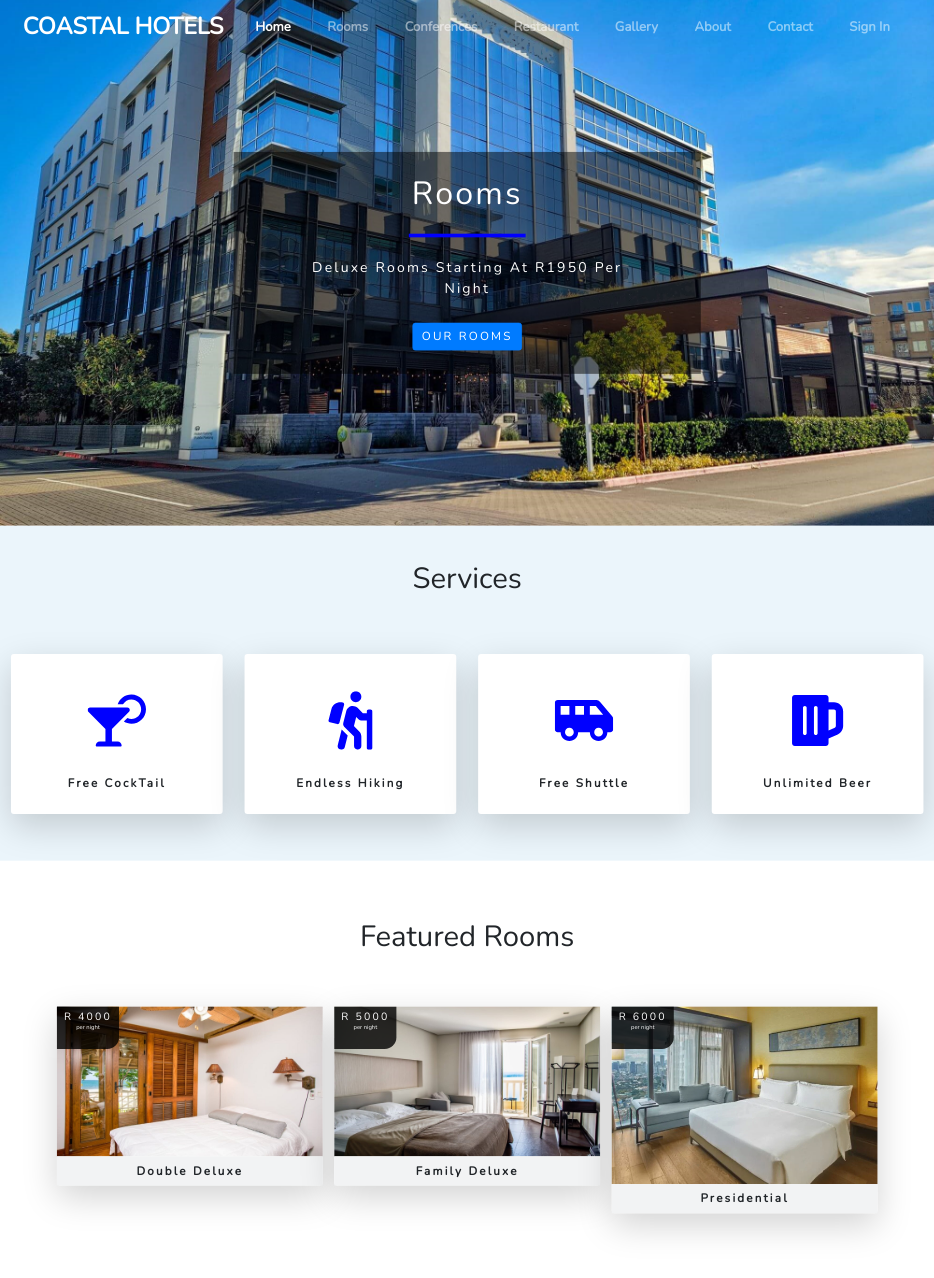
Repository: tebo27cMd/hotel
Page: /
An editor plug-in stored every save of this project. The page is shown before and after the next save, followed by the edit.
The browser window is 1280 px wide. The pictures show the whole page, at 73% of full size.
The project was rebuilt for these pictures with package versions that can differ from the ones it lists, and the page was loaded fresh each time. Also part of the build but not shown: src/components/RoomsFilter.jsx, src/components/RoomsList.jsx, src/components/RoomsContainer.jsx, src/pages/Rooms.jsx, src/components/StyledHero.jsx, src/firebase.js, src/pages/SingleRoom.jsx, src/pages/Error.jsx and 4 more.

Above is the page before, as saved 2022-11-16 12:12:14.

After the next save:
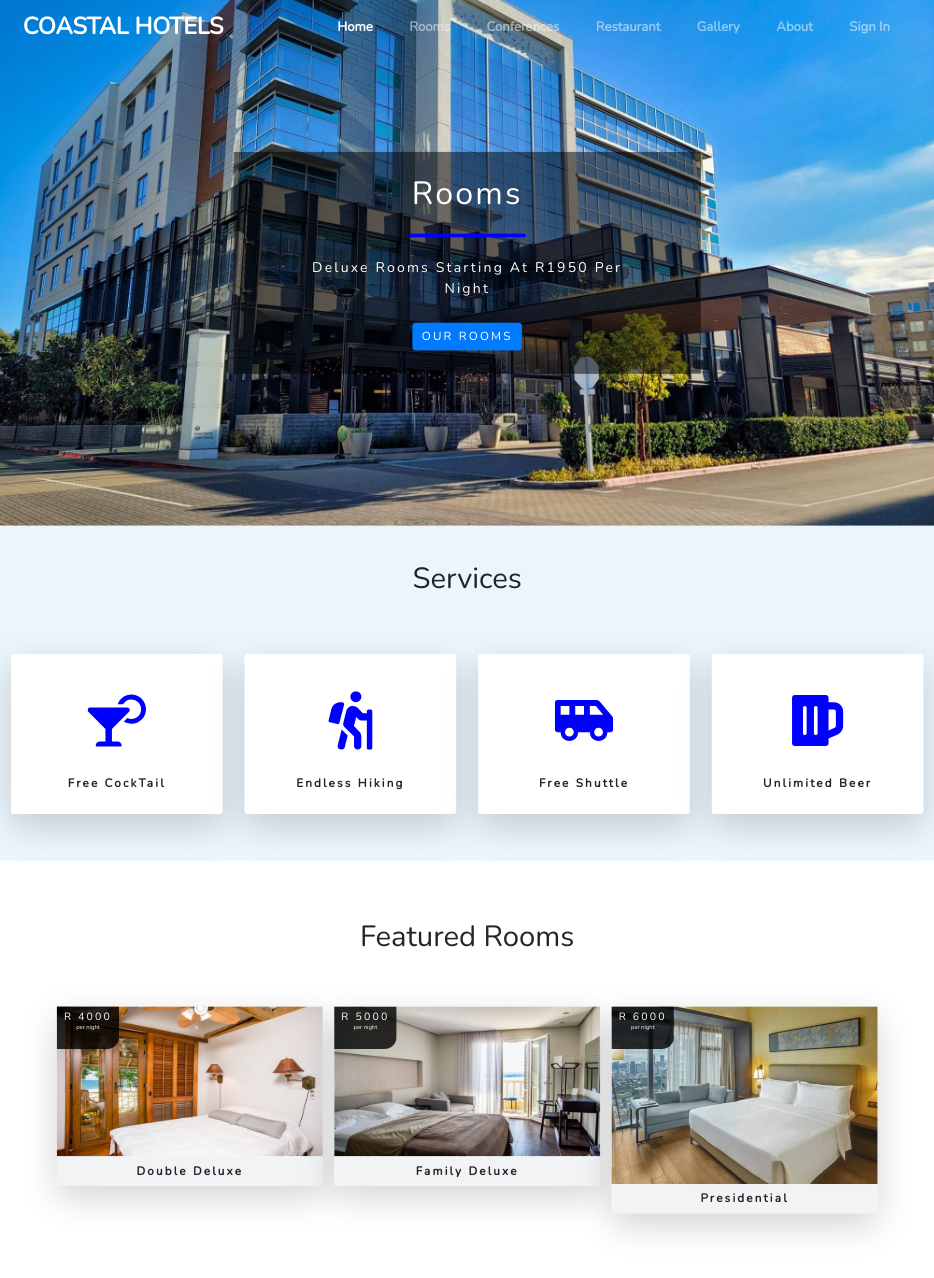
Saved 54 s later.
--- a/src/components/Navbar.jsx
+++ b/src/components/Navbar.jsx
@@ -38,9 +38,7 @@ const Navbar = () => {
                         <li className="nav-item">
                             <NavLink className="nav-link"   to="/about">About</NavLink>
                         </li>
-                        <li className="nav-item">
-                            <NavLink className="nav-link"   to="/contact">Contact</NavLink>
-                        </li>
+
                         <li className="nav-item">
                             <NavLink className="nav-link"   to="/login">Sign In</NavLink>
                         </li>
